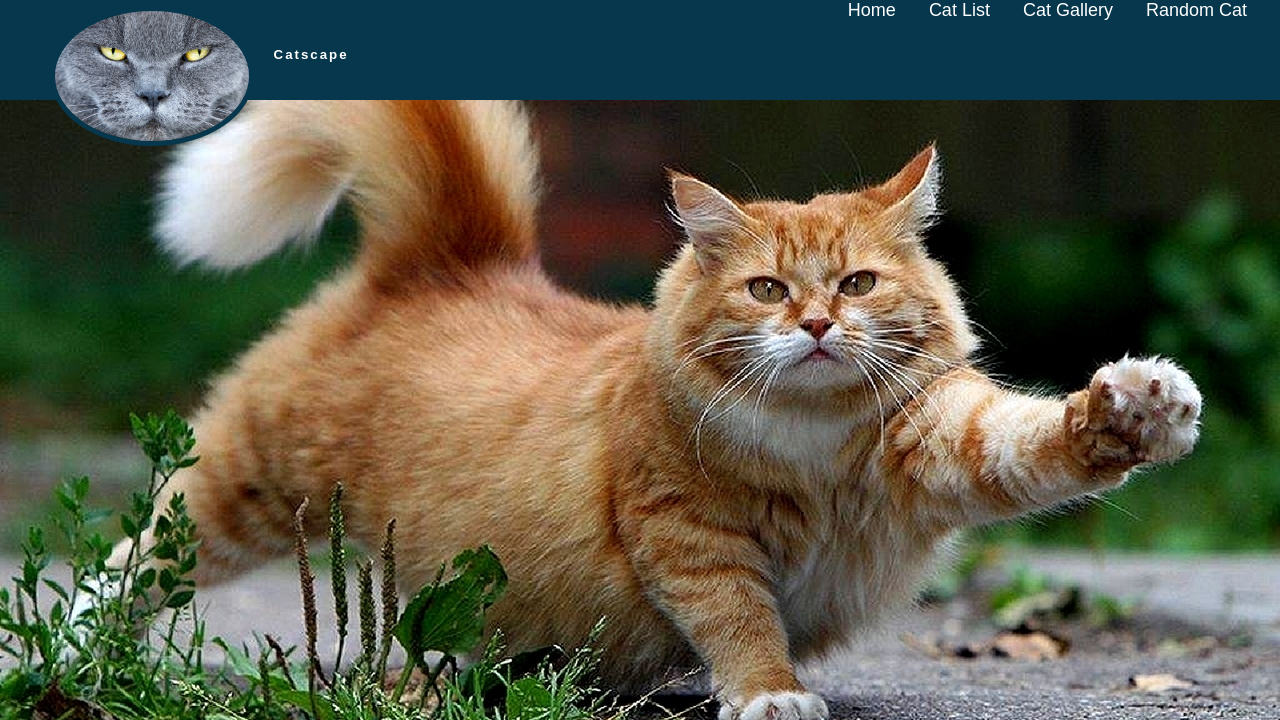
Repository: Jeith/node-exercises
Page: http://localhost/
The author's editor kept a copy of each file at every save. The page is drawn from the files as they stood at one save, then again after the next save.
The browser window is 1280 px wide. The pictures show the whole page.
The page is served by the project's Node server (app.js).

Above is the page before, as saved 2018-08-15 19:41:10.

After the next save:
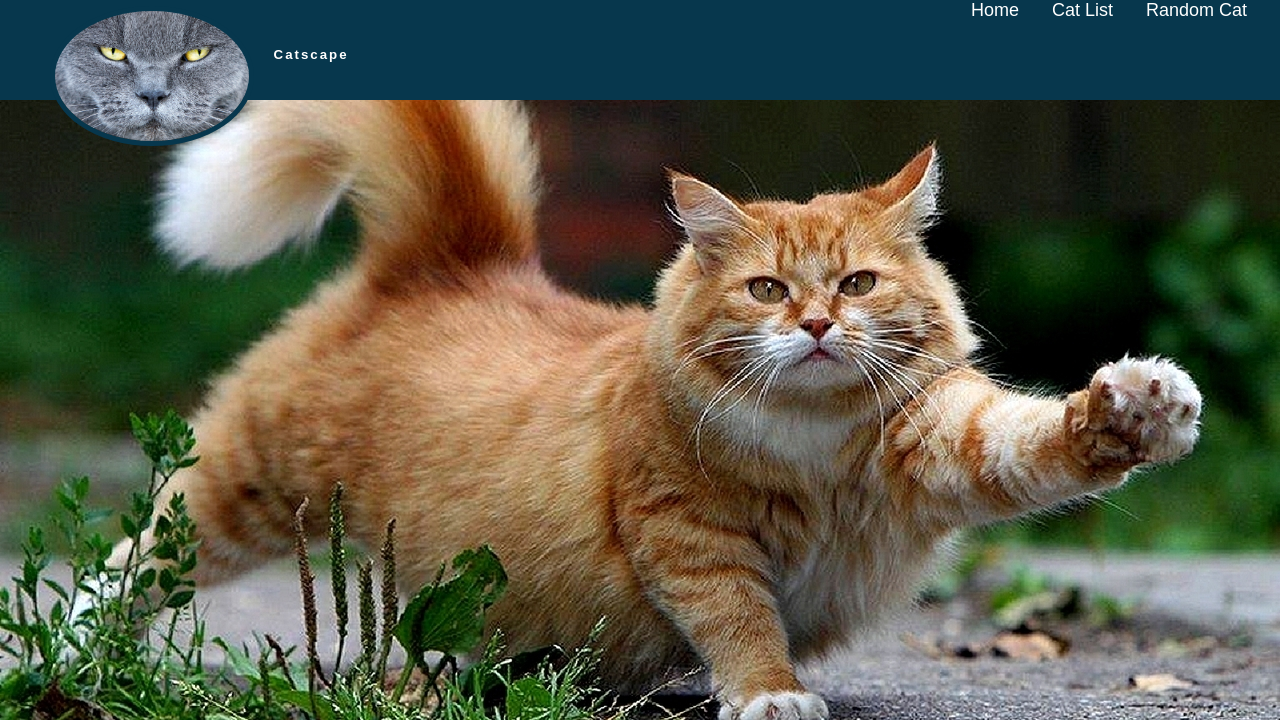
Saved 11 min 32 s later.
--- a/node_project/views/partials/header.ejs
+++ b/node_project/views/partials/header.ejs
@@ -8,7 +8,6 @@
     <div style="display: flex; flex-direction: row; justify-content: flex-end;">
         <a href="http://localhost:8000/">Home</a>
         <a href="http://localhost:8000/catlist">Cat List</a>
-        <a href="#">Cat Gallery</a>
         <a href="#">Random Cat</a>
     </div>
 </header>
